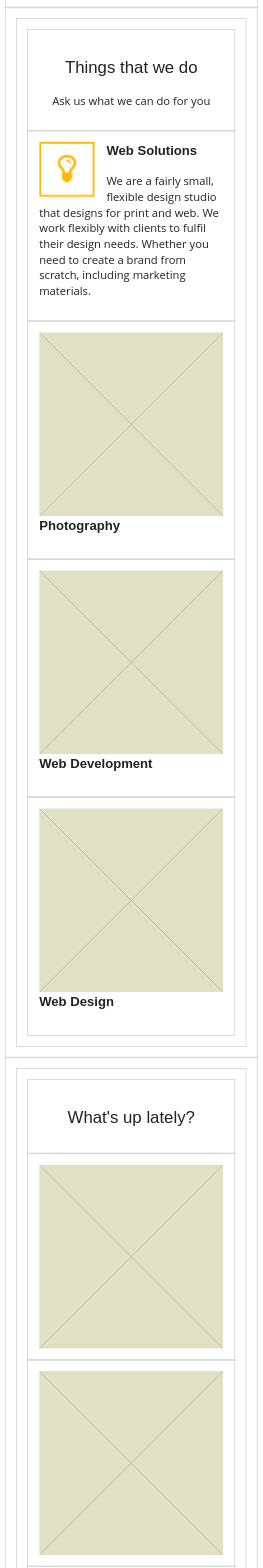
Repository: lpcmendoza/LAB02BF_Group9
Page: index.html
The author's editor kept a copy of each file at every save. The page is drawn from the files as they stood at one save, then again after the next save.
The browser window is 375 px wide. The pictures show the part of the page from y = 1024 to 3264 px (the page is 6922 px tall before and 6891 px after), at 70% of full size.

Above is the page before, as saved 2024-02-11 21:22:41.

After the next save:
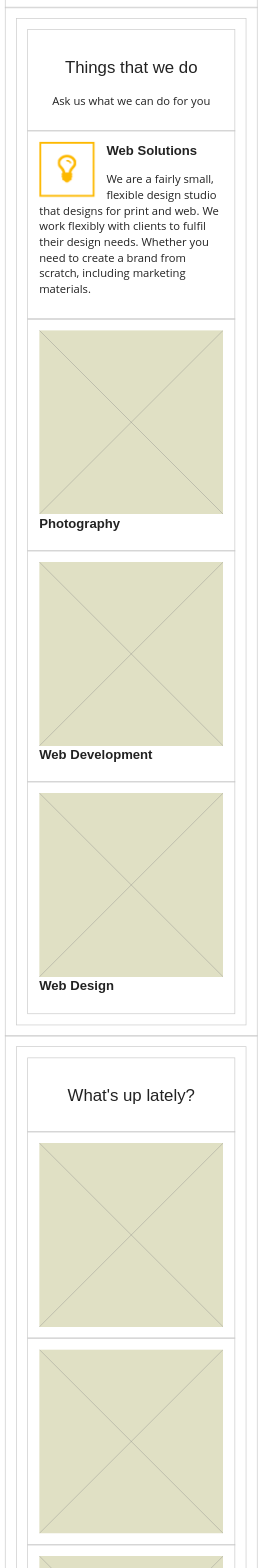
Saved 20 s later.
--- a/css/style.css
+++ b/css/style.css
@@ -192,6 +192,7 @@
   h3 {
       text-align: left;
       margin-top: 0;
+      margin-bottom: .5em;
       font-weight: bold;
   }
 
